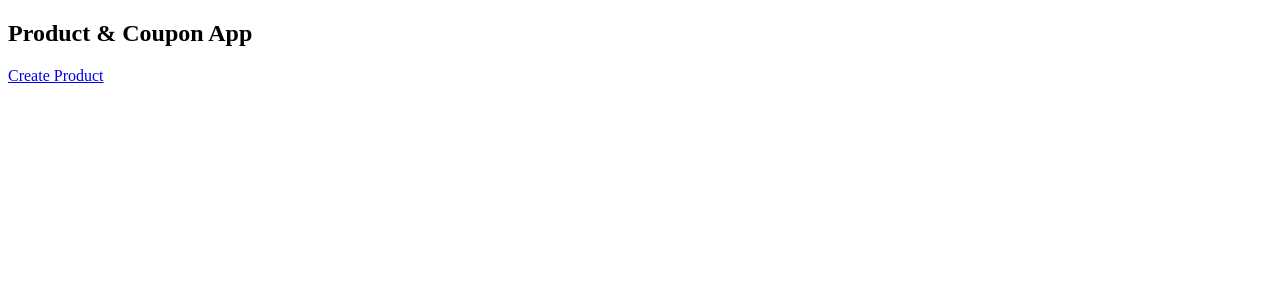
Repository: payal033/Java-Servlets-JSP
Page: FinalProject/WebContent/index.html
These files come from the project's save history. The page is drawn as it stood at one moment and after the next save; the edit follows.
The browser window is 1280 px wide. The pictures show the whole page.

Above is the page before, as saved 2022-05-30 17:41:51.

After the next save:
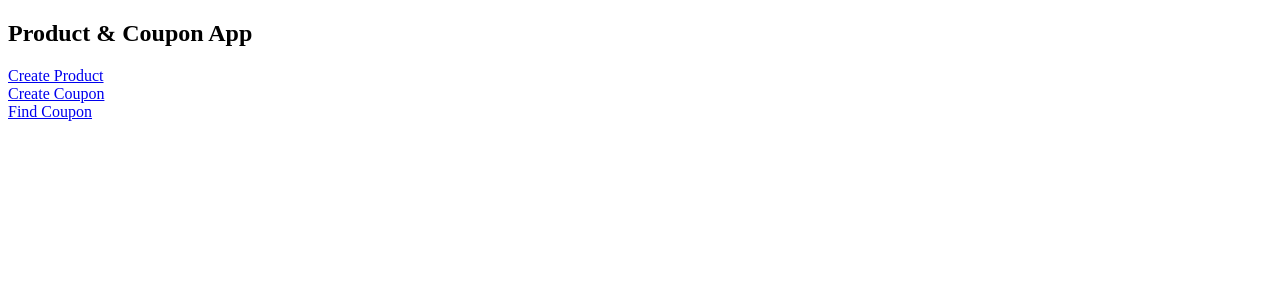
Saved 41 s later.
--- a/FinalProject/WebContent/index.html
+++ b/FinalProject/WebContent/index.html
@@ -9,6 +9,12 @@
 <div>
 <a href="createProduct.jsp">Create Product</a>
 </div>
+<div>
+<a href="createCoupon.jsp">Create Coupon</a>
+</div>
+<div>
+<a href="findCoupon.jsp">Find Coupon</a>
+</div>
 
 </body>
 </html>
